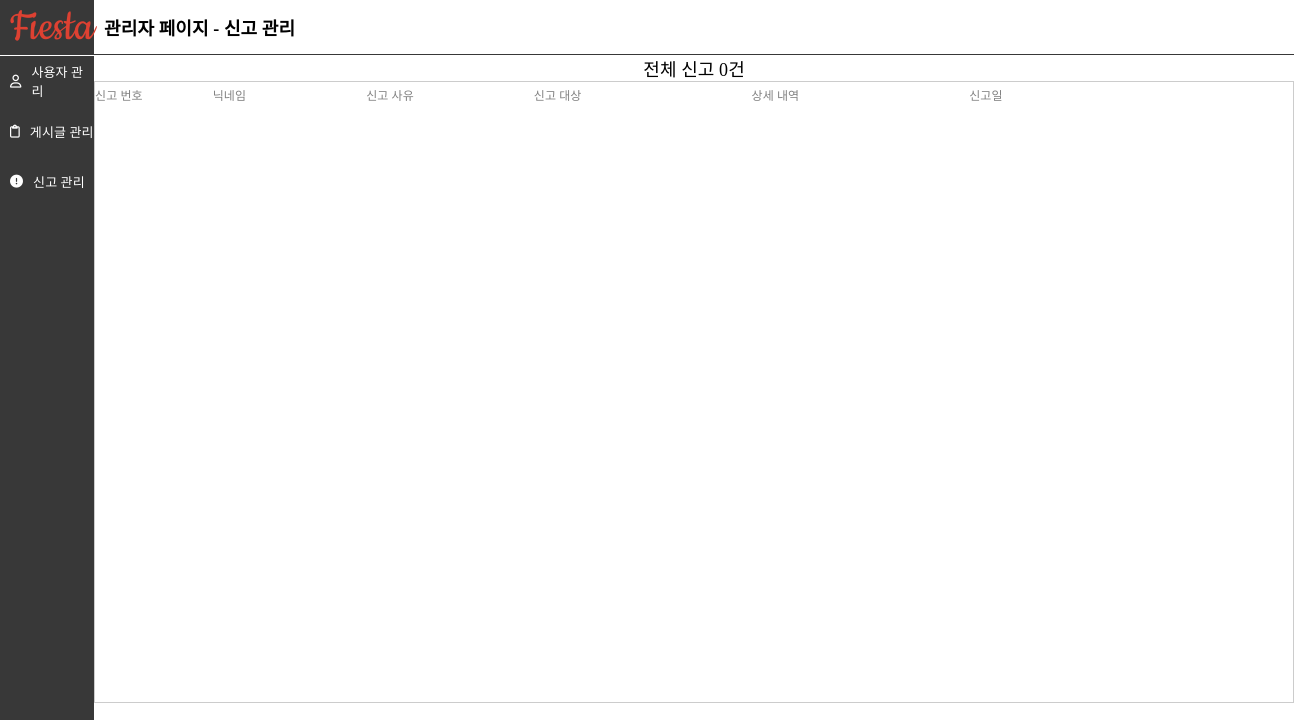
Repository: SNSFiestaTeam/Fiesta
Page: Fiesta/src/main/webapp/html/management/management-report.html
The author's editor kept a copy of each file at every save. The page is drawn from the files as they stood at one save, then again after the next save.
The browser window is 1280 px wide. The page is 1294 px wide, so the pictures cover 1294 px, including what lies to the right of the window. The pictures show the whole page.
Some web fonts or font styles are not loaded; a fallback is used. Some web libraries are served in a nearby version.

Above is the page before, as saved 2022-12-06 12:29:32.

### Fiesta/src/main/webapp/html/management/management-report.html
<!DOCTYPE html>
<html lang="en">
<head>
  <meta charset="UTF-8">
  <meta http-equiv="X-UA-Compatible" content="IE=edge">
  <meta name="viewport" content="width=device-width, initial-scale=1.0">
  <link rel="stylesheet" href="../../resources/css/common-style.css">
  <link rel="stylesheet" href="../../resources/css/management/management.css">
  <script
      src="https://kit.fontawesome.com/591746f9e8.js"
      crossorigin="anonymous"
    ></script>
  <title>관리자페이지</title>
</head>
<body>
  <sidebar class="sidebar">
    <span class="title">Fiesta</span>
    <a href="#" class="bar-item button"><i class="fa-regular fa-user"></i> 사용자 관리</a>
    <a href="#" class="bar-item button"><i class="fa-regular fa-clipboard"></i>게시글 관리</a>
    <a href="#" class="bar-item button"><i class="fa-solid fa-circle-exclamation"></i>신고 관리</a>
  </sidebar>

  <main class ="management-container">

    <div class="management-title">
      <h1>관리자 페이지 - 신고 관리</h1>
    </div>

    <div class="management-content">
      <span>전체 신고 0건</span>
      <section class="report-container">
        <div class="row rh">
          <span class="cor1">신고 번호</span>
          <span class="cor2">닉네임</span>
          <span class="cor3">신고 사유</span>
          <span class="cor4">신고 대상</span>
          <span class="cor5">상세 내역</span>
          <span class="cor6">신고일</span>
        </div>
      </section>
    </div>

  </main>


  <script src="/resources/js/management/management.js"></script>
</body>
</html>

### Fiesta/src/main/webapp/resources/css/common-style.css
@import url('https://fonts.googleapis.com/css2?family=Noto+Sans+KR:wght@100;300;400;500;700;900&display=swap');
@import url('https://fonts.googleapis.com/css2?family=Chewy&display=swap');
@import url('https://fonts.googleapis.com/css2?family=Leckerli+One&display=swap');
@import url('https://fonts.googleapis.com/css2?family=Cookie&display=swap');
@import './root-style.css';
@import url('https://fonts.googleapis.com/css2?family=Nanum+Gothic:wght@400;700;800&display=swap');
@import url('https://fonts.googleapis.com/css2?family=IBM+Plex+Sans+KR:wght@100;200;300;400;500&display=swap');

@font-face {
  font-family: 'NanumSquareNeo-Variable';
  src: url('https://cdn.jsdelivr.net/gh/projectnoonnu/noonfonts_11-01@1.0/NanumSquareNeo-Variable.woff2') format('woff2');
  font-weight: normal;
  font-style: normal;
}

@font-face {
  font-family: 'NanumBarunGothic';
  font-style: normal;
  font-weight: 400;
  src: url('//cdn.jsdelivr.net/font-nanumlight/1.0/NanumBarunGothicWeb.eot');
  src: url('//cdn.jsdelivr.net/font-nanumlight/1.0/NanumBarunGothicWeb.eot?#iefix') format('embedded-opentype'), url('//cdn.jsdelivr.net/font-nanumlight/1.0/NanumBarunGothicWeb.woff') format('woff'), url('//cdn.jsdelivr.net/font-nanumlight/1.0/NanumBarunGothicWeb.ttf') format('truetype');
 }

 @font-face {
  font-family: 'S-CoreDream-3Light';
  src: url('https://cdn.jsdelivr.net/gh/projectnoonnu/noonfonts_six@1.2/S-CoreDream-3Light.woff') format('woff');
  font-weight: normal;
  font-style: normal;
}

@font-face {
  font-family: 'SUIT-Regular';
  src: url('https://cdn.jsdelivr.net/gh/projectnoonnu/noonfonts_suit@1.0/SUIT-Regular.woff2') format('woff2');
  font-weight: normal;
  font-style: normal;
}
/* 전체 적용 스타일 */
* {
  margin: 0;
  padding: 0;
  box-sizing: border-box;
  list-style: none;
  /* font-family: 'Noto Sans KR', sans-serif; */
  /* font-family: 'Nanum Gothic', sans-serif; */
  /* font-family: 'IBM Plex Sans KR', sans-serif; */
  font-family: 'NanumSquareNeo-Variable';
  /* font-family: 'NanumBarunGothic'; */
  /* font-family: 'SUIT-Regular'; */
  letter-spacing: 0.1px;
}

a {
  text-decoration: none;
  color: black;
}

body {
  width: vw;
  font-size: 18px;
}

button {
  border: none;
  background-color: white;
}

footer {
  width: 100%;
  height: 134px;
  color: gray;
  font-size: var(--small-font-size);
  padding-bottom: 40px;

  display: flex;
  flex-direction: column;
  justify-content: space-around;
  align-items: center;
}

footer a {
  color: gray;
}

header {
  width: 100%;
  height: 60px;
  border-bottom: 1px solid #ccc;

  position: sticky;
  top: 0;
  background-color: white;

  display: flex;
  justify-content: center;
  z-index: 2;
}

header > section {
  width: 1000px;
  padding: 0 20px;

  display: flex;
  justify-content: space-between;
  align-items: center;
}

.logo-section a {
  font-family: 'Cookie', cursive;
  /* font-family: 'Chewy', cursive; */
  color: #dd4132;
  font-size: 50px;
  width: 120px;
  height: auto;
}

#logo {
  width: 120px;
  height: auto;
}

.search-section {
  width: 50%;

  display: flex;
  justify-content: center;
}

.search-section fieldset {
  height: 36px;
  width: 90%;
  background-color: --main-font-color;
  border: none;
  border-radius: 5px;

  display: flex;
  justify-content: center;
  align-items: center;
}

.search-section fieldset input {
  width: 200px;
}

#searchX {
  display: flex;
  justify-content: center;
  align-items: center;

  border-radius: 50%;

  display: none;
}

#searchX > i {
  background-color: #ccc;
  display: block;
  width: 15px;
  height: 15px;
  border-radius: 50%;
  font-size: 10px;

  display: flex;
  justify-content: center;
  align-items: center;
  color: white;
}

.search-section fieldset:focus-within > #search-glass {
  display: none;
}

.search-section fieldset:focus-within > #searchX {
  display: inline;
}

.search-section fieldset > input {
  height: 25px;
  border: none;
  outline: none;
  font-size: var(--madium-font-size);

  flex-basis: 80%;
}

.search-section fieldset > button {
  height: 25px;
  margin-right: 10px;
  font-size: 16px;
  color: var(--main-font-color);

  flex-basis: 10%;
}

nav {
  min-width: 300px;
}

nav > ul {
  font-size: var(--large-icon-size);

  display: flex;
  justify-content: space-between;
}

nav li {
  margin-left: 10px;
  flex-shrink: 0;

  text-align: center;
}

nav li > button {
  width: 100%;
  height: 100%;
  font-size: var(--large-icon-size);
}

nav li > button:active {
  color: var(--main-font-color);
}

nav li > a:active {
  color: var(--main-font-color);
}

nav i {
  flex-shrink: 0;
}

#searchBtn {
  display: none;
}

.toggle-search-section {
  display: none;
}

@media screen and (min-width: 1024px) {
  /* Desktop */
}

@media screen and (min-width: 471px) and (max-width: 1023px) {
  /* Tablet */
}

@media screen and (max-width: 780px) {
  .search-section > form {
    display: none;
  }

  #searchBtn {
    display: inline;
  }

  .toggle-search-section {
    width: 100vw;
    height: 80px;

    position: sticky;
    top: 60px;

    display: flex;
    justify-content: center;
    align-items: center;
    z-index: 40;
    display: none;
  }

  .toggle-search-section fieldset {
    height: 38px;
    width: 100%;
    background-color: #ffffff90;
    border: 1px solid #8e8e8e;
    border-radius: 5px;
    padding-left: 10px;

    display: flex;
    justify-content: center;
    align-items: center;
  }

  .toggle-search-section fieldset > input {
    height: 100%;
    width: 100%;
    border: none;
    outline: none;
    font-size: var(--madium-font-size);
    background-color: #ffffff00;

    flex-basis: 80%;
  }

  .toggle-search-section fieldset > button {
    height: 30px;
    margin-right: 10px;
    font-size: 16px;
    color: var(--fiesta-color);
    background-color: #ffffff00;

    flex-basis: 10%;
  }
}

@media screen and (max-width: 470px) {
  /* mobile */

  html {
    width: 100%;
  }

  body {
    width: vw;
  }

  footer {
    display: none;
  }

  #header-section {
    width: vw;
  }

  #newPost {
    width: 60px;
    height: 60px;
    border: 2px solid #8e8e8e;
    border-radius: 50%;
    background-color: white;
    display: flex;
    justify-content: center;
    align-items: center;

    font-size: 30px;

    position: fixed;
    bottom: 20px;
    right: 10px;
  }
}

#header-menu-toggle{
  display: none;
}

label[for='header-menu-toggle'] {
  cursor: pointer;
}

/* 체크박스 다음 div */
#toggle-menu{
  display: none;
}

/* 체크박스가 체크된 경우 다음 div */
#header-menu-toggle:checked + div{
  display: block;
}

.header-menu-parent{
  position: relative;
}

#toggle-menu{
  position: absolute;
  top: 30px;
  right: -10px;
  z-index: 500;
  width: 150px;
  height: 100px;
  background-color: white;
  box-shadow: 0px 0px 1px gray;
  border-radius: 6px;
}


#toggle-menu > a{
  display: flex;
  height: 50%;
  justify-content: center;
  align-items: center;
  font-size: 14px;
  font-weight: bold;
}

#toggle-menu > a:first-child{
  border-bottom: 1px solid #ccc;
}

### Fiesta/src/main/webapp/resources/css/management/management.css
@import '../root-style.css';

@font-face {
  font-family: 'NanumSquareNeo-Variable';
  src: url('https://cdn.jsdelivr.net/gh/projectnoonnu/noonfonts_11-01@1.0/NanumSquareNeo-Variable.woff2') format('woff2');
  font-weight: normal;
  font-style: normal;
}

* {
  font-family: 'NanumSquareNeo-Variable';
}

body {
  display: flex;
  width: 100%;
  height: 100vh;

  overflow-y: hidden;
}

/* 사이드 바 */
.sidebar{
  flex-grow: 0;
  width: 200px;
  height: 100%;
  background-color: rgb(56, 56, 56);
  color: white;

  display: flex;
  flex-direction: column;


  font-size: 13px;
}


.title {
  font-size: 50px;
  color: var(--fiesta-color);
  font-family: 'Cookie', cursive;
  border-bottom: 1px solid white;
  padding-left: 10px;
}

.button {
  color: white;
  width: 100%;
  height: 50px;

  display: flex;
  align-items: center;

  padding-left: 10px;
}

.button > *{
  margin-right: 10px;
}


.button:hover {
  background-color: white;
  color: rgb(56, 56, 56);
}

.management-container {
  width: 100%;
  height: 100%;

}

/* 관리자 페이지 타이틀 */
.management-title{
  display: flex;
  align-items: center;

  height: 55px;
  font-size: 9px;

  border-bottom: 1px solid rgb(56, 56, 56);
  padding-left: 10px

}

/* 관리자 페이지 내용 */
.management-content {
  height: 90%;

  display: flex;
  flex-direction: column;
  justify-content: center;
  align-items: center;

  overflow-y: scroll;
}

.report-container {
  border: 1px solid #ccc;

  width: 1200px;
  height: 700px;
}

.row {
  height: 25px;
  display: flex;
  align-items: center;
}

.rh {
  color: grey;
}

.row > span {
  display: inline-block;
  font-size: 12px;
  margin-right: 20px;
}

.cor1 {
  w100px
}

.cor2 {
  margin-left: 50px;
}
.cor3 {
  margin-left: 100px;
}
.cor4 {
  margin-left: 100px;
}
.cor5 {
  margin-left: 150px;
}
.cor6 {
  margin-left: 150px;
}

### Fiesta/src/main/webapp/resources/js/management/management.js


function w3_open() {
  document.getElementById("mySidebar").style.display = "block";
}

function w3_close() {
  document.getElementById("mySidebar").style.display = "none";
}

### Fiesta/src/main/webapp/resources/css/root-style.css
/* 루트 함수
공동으로 사용할 스타일을 미리 지정해놓고 사용 가능
스타일 지정시 지정할 스타일: 루트 함수명 으로 사용 가능
--만 타이핑 하면 자동완성 리스트가 뜨고
선택하면 var()함수까지 자동완성됨 */
:root {
  --background-color: white;
  --main-font-color: #8e8e8e;
  --icon-button-color: #262626;
  --point-font-color: #0095f6;
  --mention-font-color: #00376b;
  --fiesta-color: #dd4132;
  --small-font-size: 12px;
  --main-font-size: 13px;
  --medium-font-size: 16px;
  --large-icon-size: 24px;
}

After the next save:
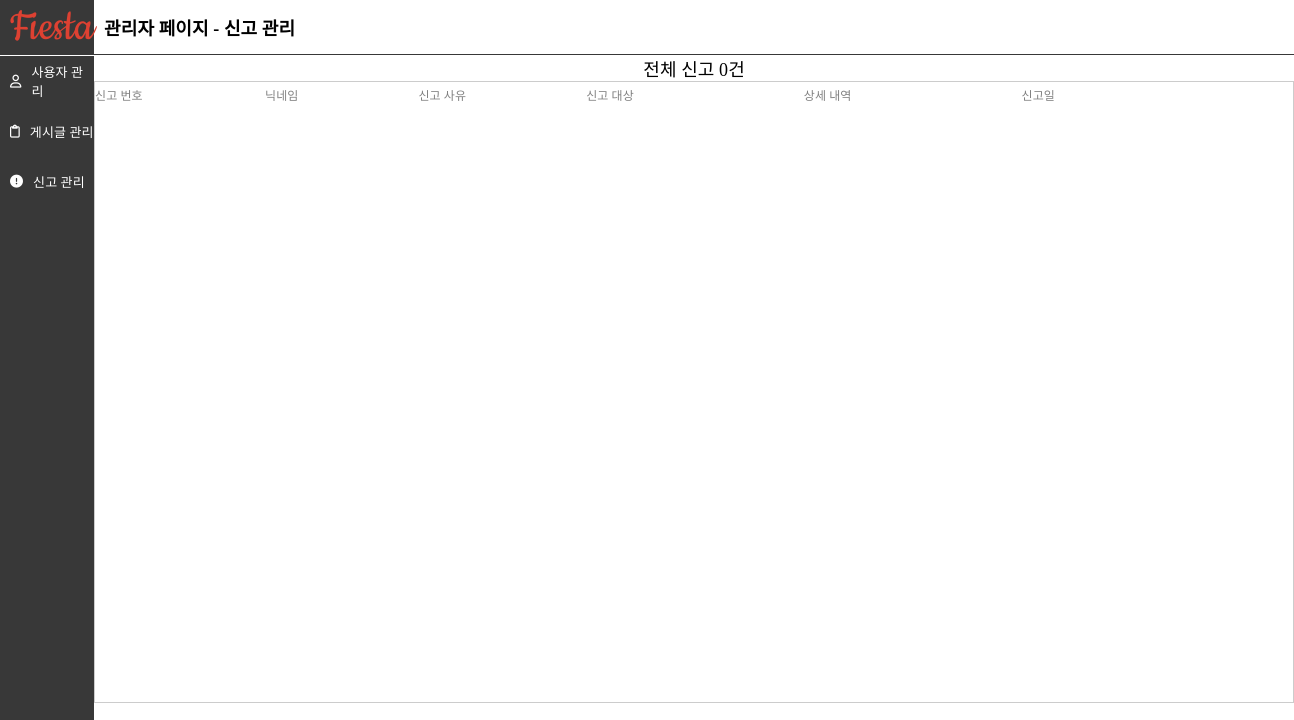
Saved 6 s later.
--- a/Fiesta/src/main/webapp/resources/css/management/management.css
+++ b/Fiesta/src/main/webapp/resources/css/management/management.css
@@ -119,7 +119,7 @@ body {
 }
 
 .cor1 {
-  w100px
+  width: 100px;
 }
 
 .cor2 {
